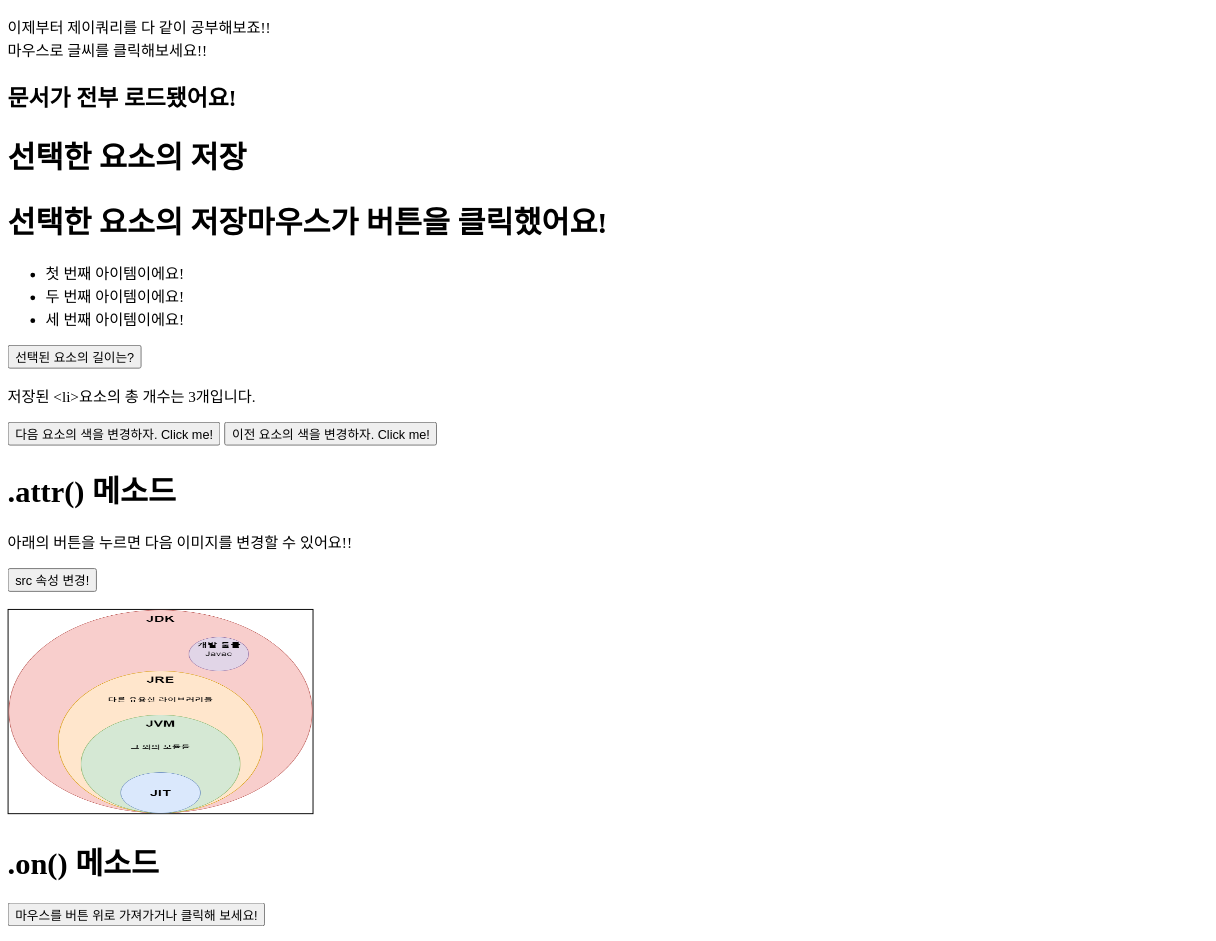
Repository: kokoko12334/sms
Page: http://localhost/test
These files come from the project's save history. The page is drawn as it stood at one moment and after the next save; the edit follows.
The browser window is 1280 px wide. The pictures show the whole page, at 95% of full size.
After loading, the first visible `button` was clicked once.
The page is this project's Thymeleaf template; nobody is signed in. The template is opened directly, without the code that normally fills it, so the values that code supplies are empty.

Above is the page before, as saved 2023-05-27 09:10:53.
Console error: TypeError: e.indexOf is not a function

### workspace_spring2/bankingdemo/src/main/resources/templates/test.html
<!DOCTYPE html>
<html>
<head>
<meta charset="UTF-8">
<script  src="http://code.jquery.com/jquery-latest.min.js"></script>
<title>Insert title here</title>
</head>
<body>

   <p>이제부터 제이쿼리를 다 같이 공부해보죠!!<br>

    마우스로 글씨를 클릭해보세요!!</p>

	<h2 id = "doc" class = "t"></h2>
	<h2 id = "win" class = "t"></h2>

	<h1>선택한 요소의 저장</h1>
	<h1 id = "text">변경전</h1>
	<ul>
		<li>첫 번째 아이템이에요!</li>
		<li>두 번째 아이템이에요!</li>
		<li>세 번째 아이템이에요!</li>
	</ul>
	<button>선택된 요소의 길이는?</button>
	<p id="len"></p>

	<div>
   <button class="button1">다음 요소의 색을 변경하자. Click me!</button>
   <button class="button2">이전 요소의 색을 변경하자. Click me!</button>
</div>


<h1>.attr() 메소드</h1>
	<p>아래의 버튼을 누르면 다음 이미지를 변경할 수 있어요!!</p>
	<button>src 속성 변경!</button><br><br>
	<img src="images/graph.drawio.png" style="width:320px; height:214px; border: 1px solid black">
<h1>.on() 메소드</h1>
	<button>마우스를 버튼 위로 가져가거나 클릭해 보세요!</button>
	<p id="text"></p>
<script>
// $(function() { 제이쿼리코드 } ) 는 자바에서 window.onload = functions(){}과 같은 기능임 즉, 모든 페이지가 로드되고 실행하라는 의미
$(function() {

    $("p").on("click", function() {

       $("p").css("color", "red");

    });

    $("#doc").on("click", function(){
    	$(".t").css("color", "blue");
    });


    var items = $("li");	// <li>요소를 모두 선택하여 변수 items에 저장함.
    console.log(items[1]);
	$("button").on("click", function() {
		$("#len").text("저장된 <li>요소의 총 개수는 " + items.length + "개입니다.");
	});



	$('.button1').click(function() {
		   $(this).next().css('color', 'red');
		});

		// 이전 요소에 대한 색상 변경
		$('.button2').click(function() {
		   $(this).prev().css('color', 'red');
		});


		$("button").on("click", function() {

			      var newText = $("h1").html(); // <h1>요소의 텍스트를 읽어오는 getter 메소드

			      $("#text").html(newText);     // id가 "text"인 요소에 새로운 텍스트를 설정하는 setter 메소드

			    });



	$("button").on("click", function(){
		var imgsrc = $("img").attr("src");
		console.log(imgsrc);
		$("img").attr("src", "images/JVM.drawio.png")

	});

	$("button").on({				// 모든 <button>요소에
		mouseenter: function() {	// mouseenter 이벤트를 설정함.
			$("#text").append("마우스가 버튼 위로 진입했어요!<br>");
		},
		click: function() {			// click 이벤트를 설정함.
			$("#text").append("마우스가 버튼을 클릭했어요!<br>");
		},
		mouseleave: function() {	// mouseleave 이벤트를 설정함.
			$("#text").append("마우스가 버튼 위에서 빠져나갔어요!<br>");
		}
	});
});



$(document).ready( function() {

    $("#doc").text("문서가 전부 로드됐어요!");

});

$(window).load( function() {

    $("#win").text("창이 모두 로드됐어요!");

});
</script>
</body>
</html>

After the next save:
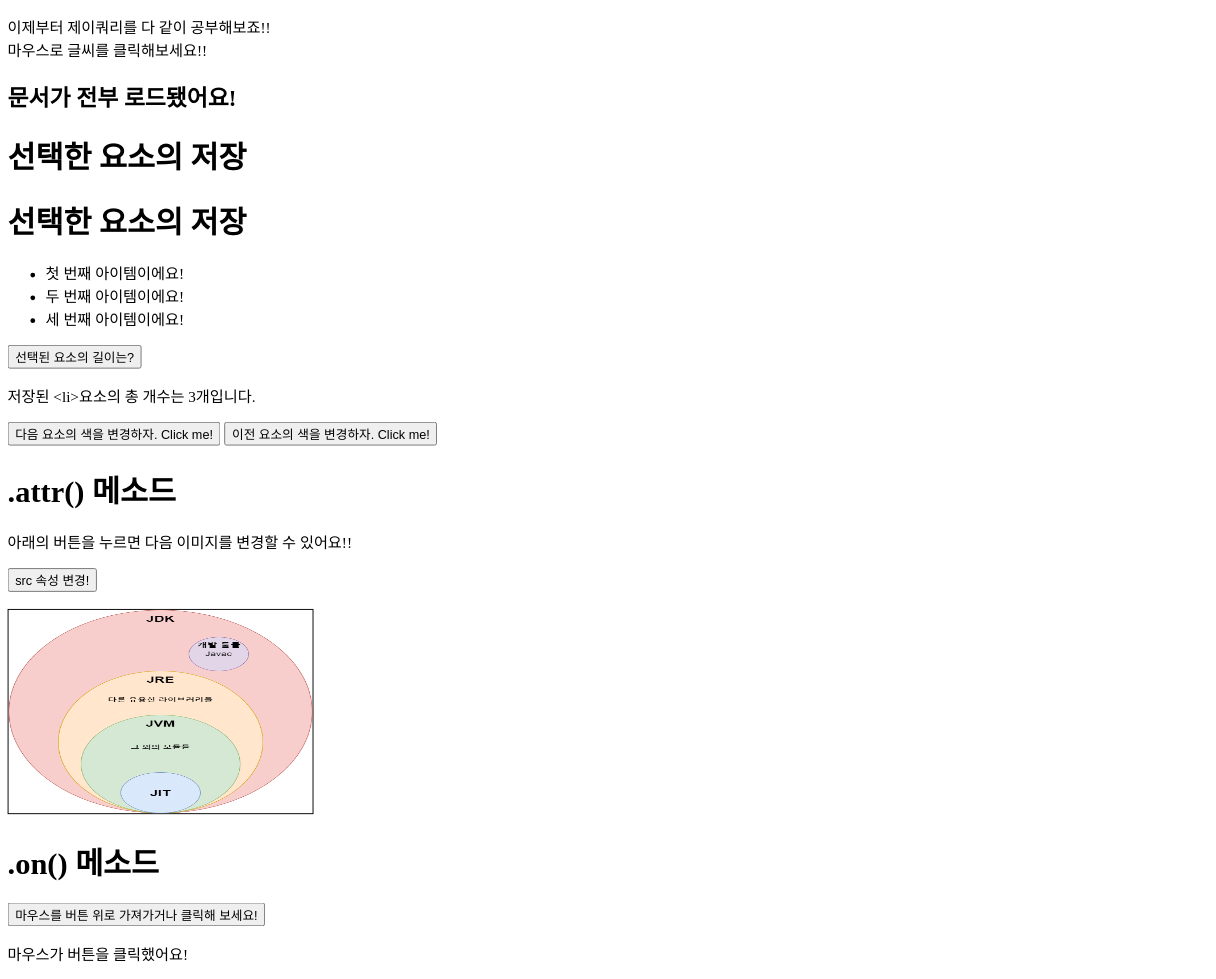
Saved 33 s later.
--- a/workspace_spring2/bankingdemo/src/main/resources/templates/test.html
+++ b/workspace_spring2/bankingdemo/src/main/resources/templates/test.html
@@ -36,7 +36,7 @@
 	<img src="images/graph.drawio.png" style="width:320px; height:214px; border: 1px solid black">
 <h1>.on() 메소드</h1>
 	<button>마우스를 버튼 위로 가져가거나 클릭해 보세요!</button>
-	<p id="text"></p>
+	<p id="text1"></p>
 <script>
 // $(function() { 제이쿼리코드 } ) 는 자바에서 window.onload = functions(){}과 같은 기능임 즉, 모든 페이지가 로드되고 실행하라는 의미
 $(function() {
@@ -89,13 +89,13 @@ $(function() {
 
 	$("button").on({				// 모든 <button>요소에
 		mouseenter: function() {	// mouseenter 이벤트를 설정함.
-			$("#text").append("마우스가 버튼 위로 진입했어요!<br>");
+			$("#text1").append("마우스가 버튼 위로 진입했어요!<br>");
 		},
 		click: function() {			// click 이벤트를 설정함.
-			$("#text").append("마우스가 버튼을 클릭했어요!<br>");
+			$("#text1").append("마우스가 버튼을 클릭했어요!<br>");
 		},
 		mouseleave: function() {	// mouseleave 이벤트를 설정함.
-			$("#text").append("마우스가 버튼 위에서 빠져나갔어요!<br>");
+			$("#text1").append("마우스가 버튼 위에서 빠져나갔어요!<br>");
 		}
 	});
 });
